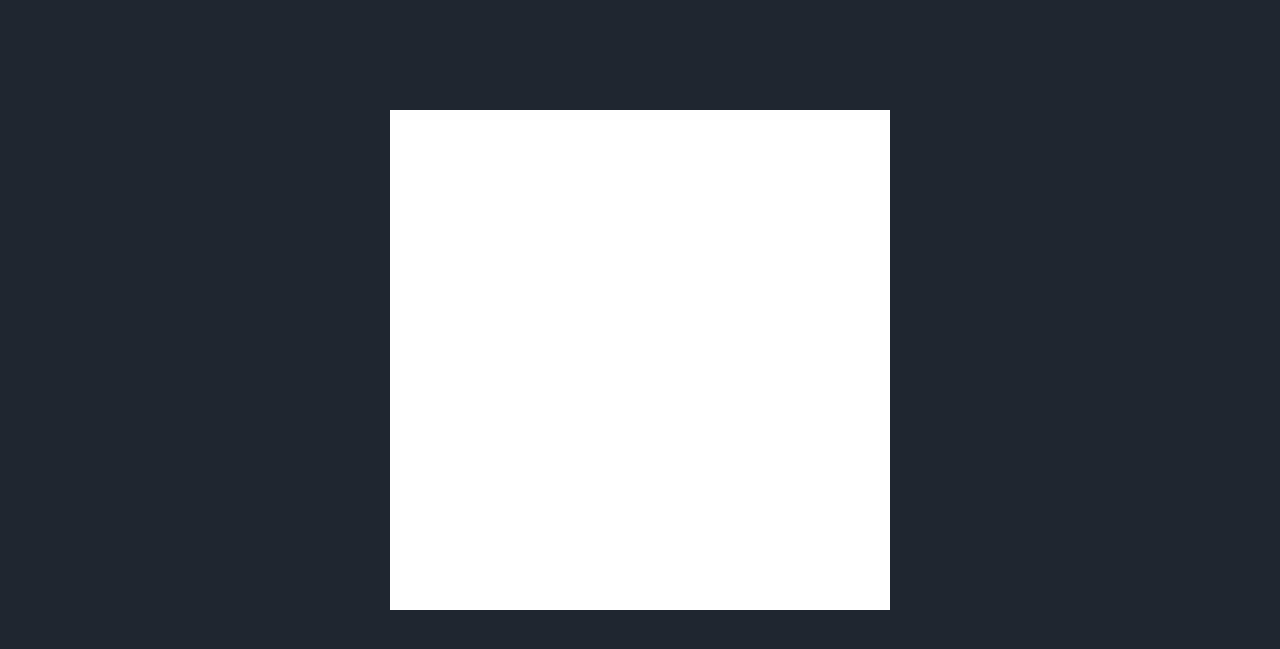
Repository: thecodeholic/cst-javascript-course
Page: /
An editor plug-in stored every save of this project. The page is shown before and after the next save, followed by the edit.
The browser window is 1280 px wide. The pictures show the whole page.
The project was rebuilt for these pictures with package versions that can differ from the ones it lists, and the page was loaded fresh each time.

Above is the page before, as saved 2020-11-25 09:33:12.

### index.html
<!doctype html>
<html lang="en">
  <head>
    <!-- Required meta tags -->
    <meta charset="utf-8">
    <meta name="viewport" content="width=device-width, initial-scale=1, shrink-to-fit=no">

    <!-- Bootstrap CSS -->
    <link rel="stylesheet" href="https://stackpath.bootstrapcdn.com/bootstrap/4.5.2/css/bootstrap.min.css" integrity="sha384-JcKb8q3iqJ61gNV9KGb8thSsNjpSL0n8PARn9HuZOnIxN0hoP+VmmDGMN5t9UJ0Z" crossorigin="anonymous">

    <title>Javascript Course</title>

    <link rel="stylesheet" href="app.css">
  </head>
  <body>
    <canvas id="myCanvas" width="500" height="500">Your browser does not support canvas</canvas>
    <script src="app.js"></script>
    <!-- <script src="homework.js"></script> -->
  </body>
</html>

### app.css
* {
    box-sizing: border-box;
}
html {
    height: 100%;
}

body {
    background-color: rgb(31, 38, 48);
    display: flex;
    align-items: center;
    justify-content: center;
    height: 100%;;
}

canvas {
    background-color: #FFF;

}

### app.js
// What is canvas?
// https://developer.mozilla.org/en-US/docs/Web/API/Canvas_API/Tutorial
// https://www.w3schools.com/html/html5_canvas.asp
// https://www.w3schools.com/graphics/canvas_intro.asp
// https://www.w3schools.com/graphics/canvas_reference.asp
// https://developer.mozilla.org/en-US/docs/Web/API/Canvas_API

// How to create it and use it
const canvas = document.getElementById('myCanvas');
const ctx = canvas.getContext('2d');

// Draw rectangles
// =================
// fillRect

// strokeRect

// clearRect

// fillText

// strokeText

// Paths   beginPath, moveTo, lineTo, closePath, stroke, fill
// ==============

// Arcs
// ====================

// Draw image
// ====================

// Write text
// ====================

// Ball animation

Loaded but not shown: src/index.js (no copy from this time; the picture is the same without it)

After the next save:
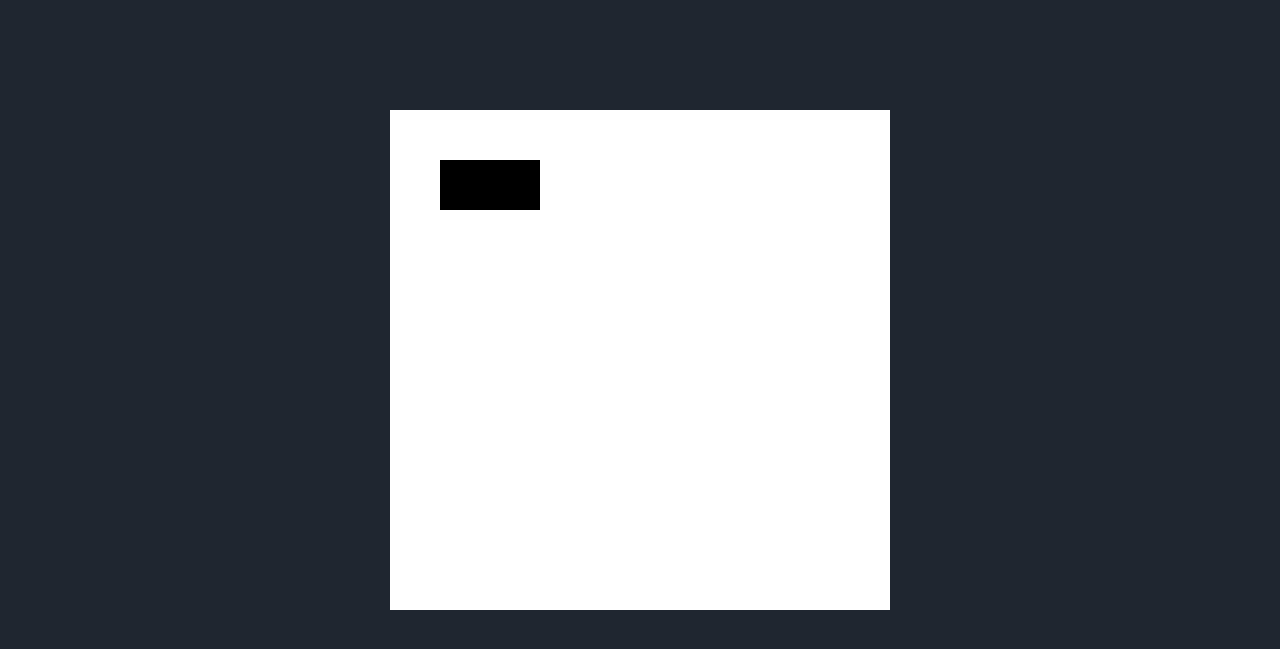
Saved 2 min 33 s later.
--- a/app.js
+++ b/app.js
@@ -12,6 +12,7 @@
 // Draw rectangles
 // =================
 // fillRect
+ctx.fillRect(50, 50, 100, 50);
 
 // strokeRect
 
